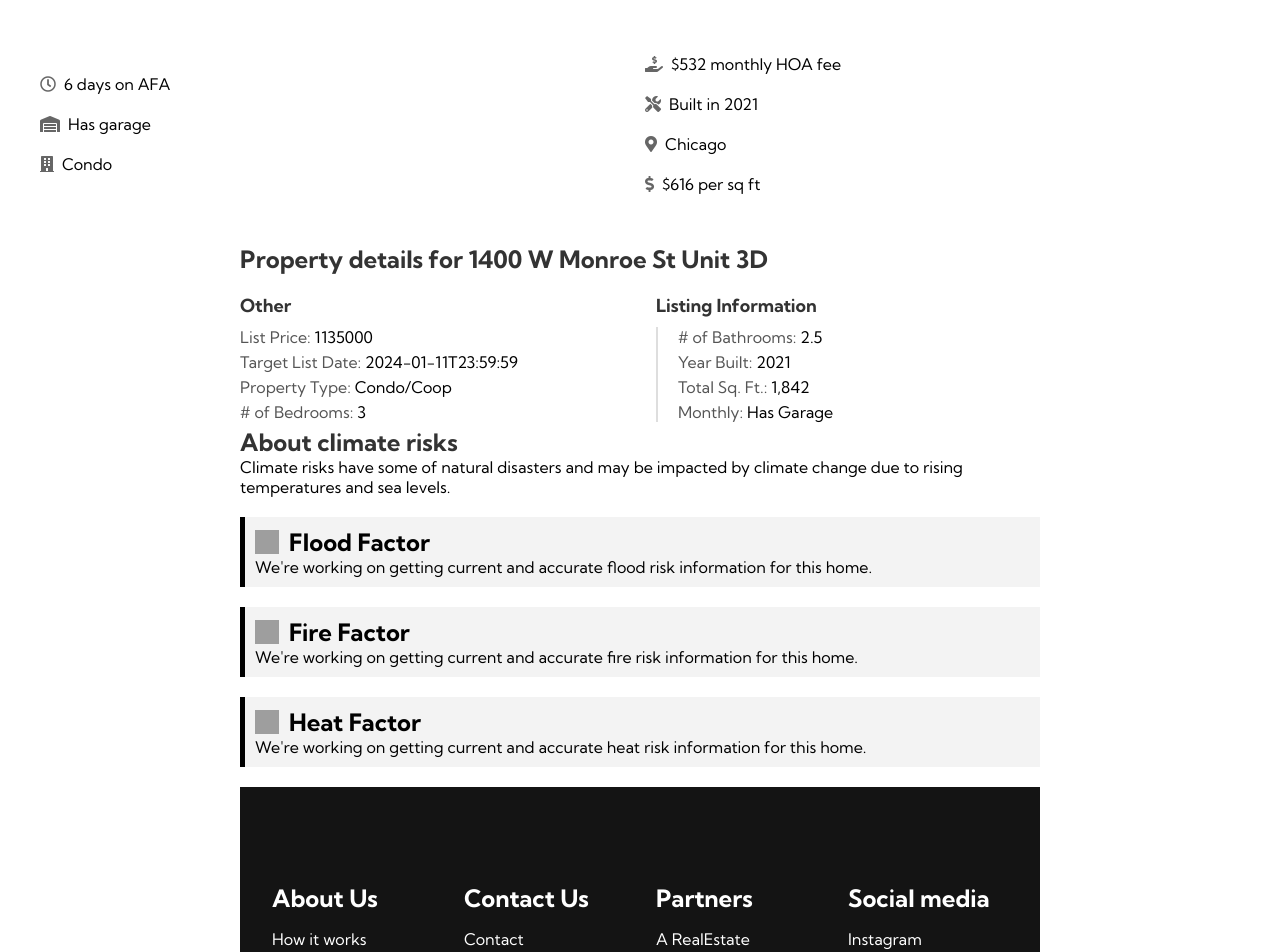
Repository: MrAllin1/ProgWWW_23_Gr1
Page: pages/Apartment1.html
The author's editor kept a copy of each file at every save. The page is drawn from the files as they stood at one save, then again after the next save.
The browser window is 1280 px wide. The pictures show the part of the page from y = 915 to 1867 px (the page is 2132 px tall before and 2112 px after).
Pictures or frames that could not be fetched are drawn as grey boxes. A picture or video elsewhere on the page could not be fetched, so the positions and the page height are approximate. Some web libraries are served in a nearby version.

Above is the page before, as saved 2024-01-11 02:45:34.

After the next save:
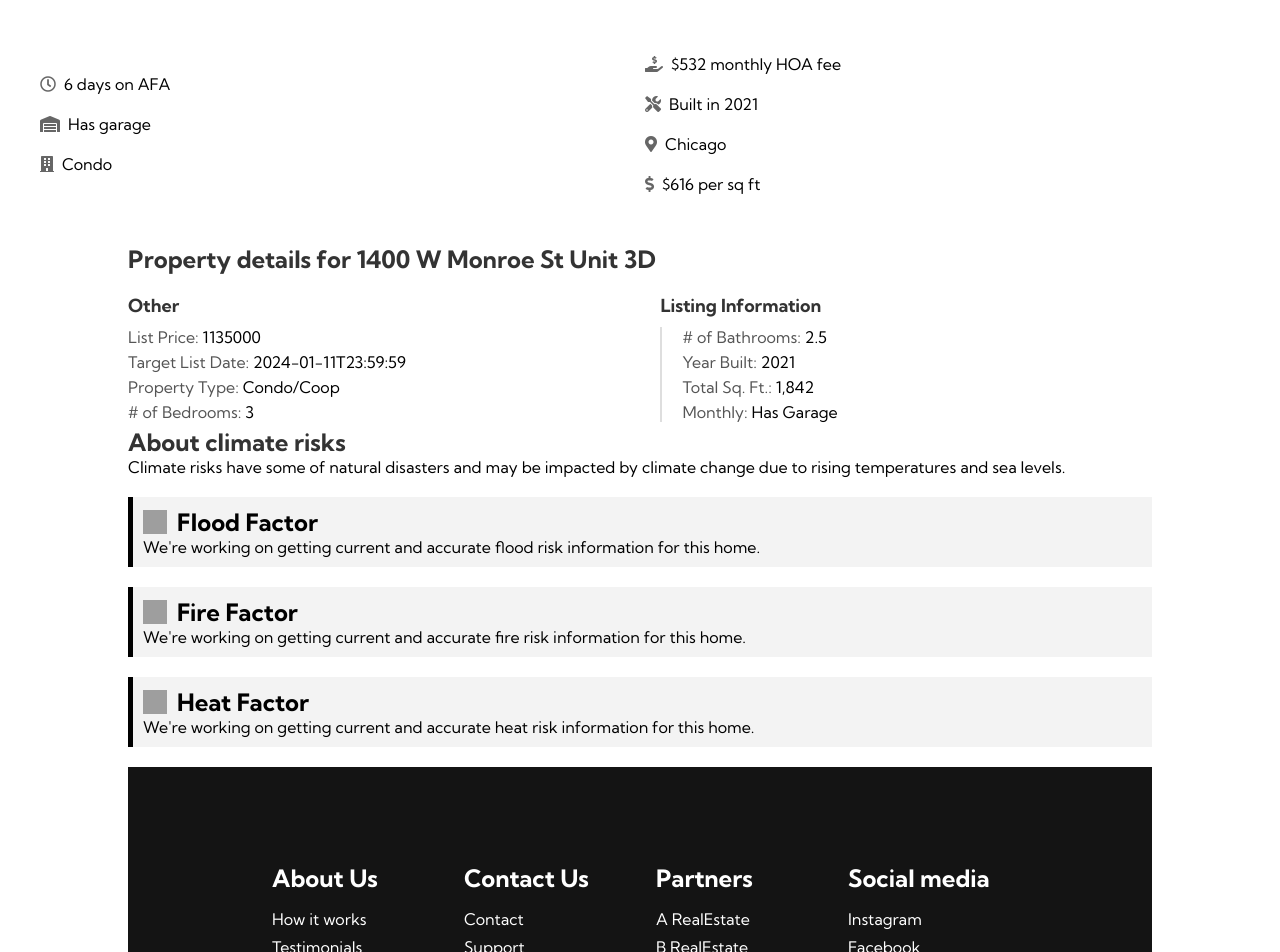
Saved 21 s later.
--- a/pages/stylesForHouse.css
+++ b/pages/stylesForHouse.css
@@ -256,12 +256,6 @@
     align-items: center;
     height: 100vh;
 }
-.container {
-    width: 80%;
-    margin: auto;
-    max-width: 800px;
-}
-
 .risk-factor {
     background-color: #f3f3f3; /* Light gray background */
     border-left: 5px solid #000; /* Black border on the left */
